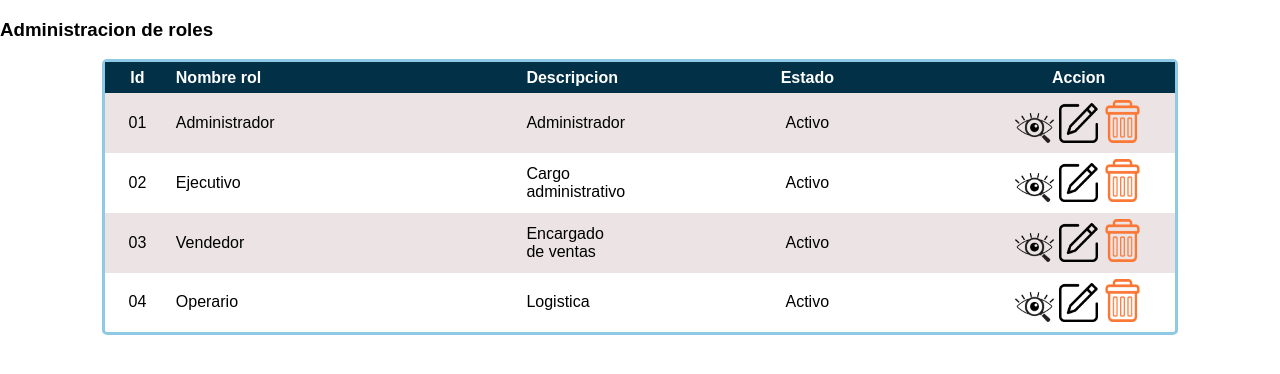
Repository: AlexanderBarona/Proyecto_Ciclo3_Mintic
Page: PaginaWeb/pages/listar_roles.html
An editor plug-in stored every save of this project. The page is shown before and after the next save, followed by the edit.
The browser window is 1280 px wide. The pictures show the whole page.

Above is the page before, as saved 2021-09-30 14:41:13.

After the next save:
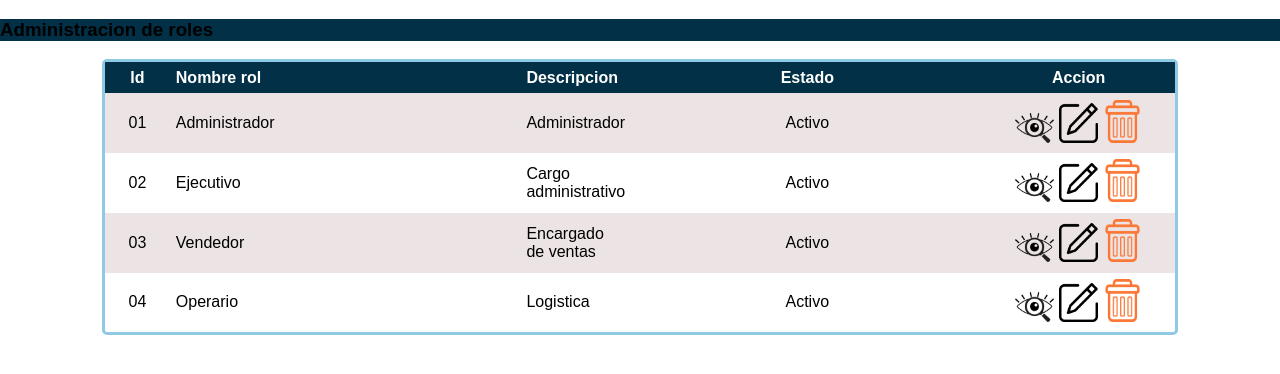
Saved 2 min 35 s later.
--- a/PaginaWeb/css/style.css
+++ b/PaginaWeb/css/style.css
@@ -6,3 +6,11 @@ body {
   margin: 0;
   font-family: Arial, Helvetica, sans-serif;
 }
+header {
+  background-color: #023047;
+
+}
+
+footer{
+  background-color: #FB8500;
+}
